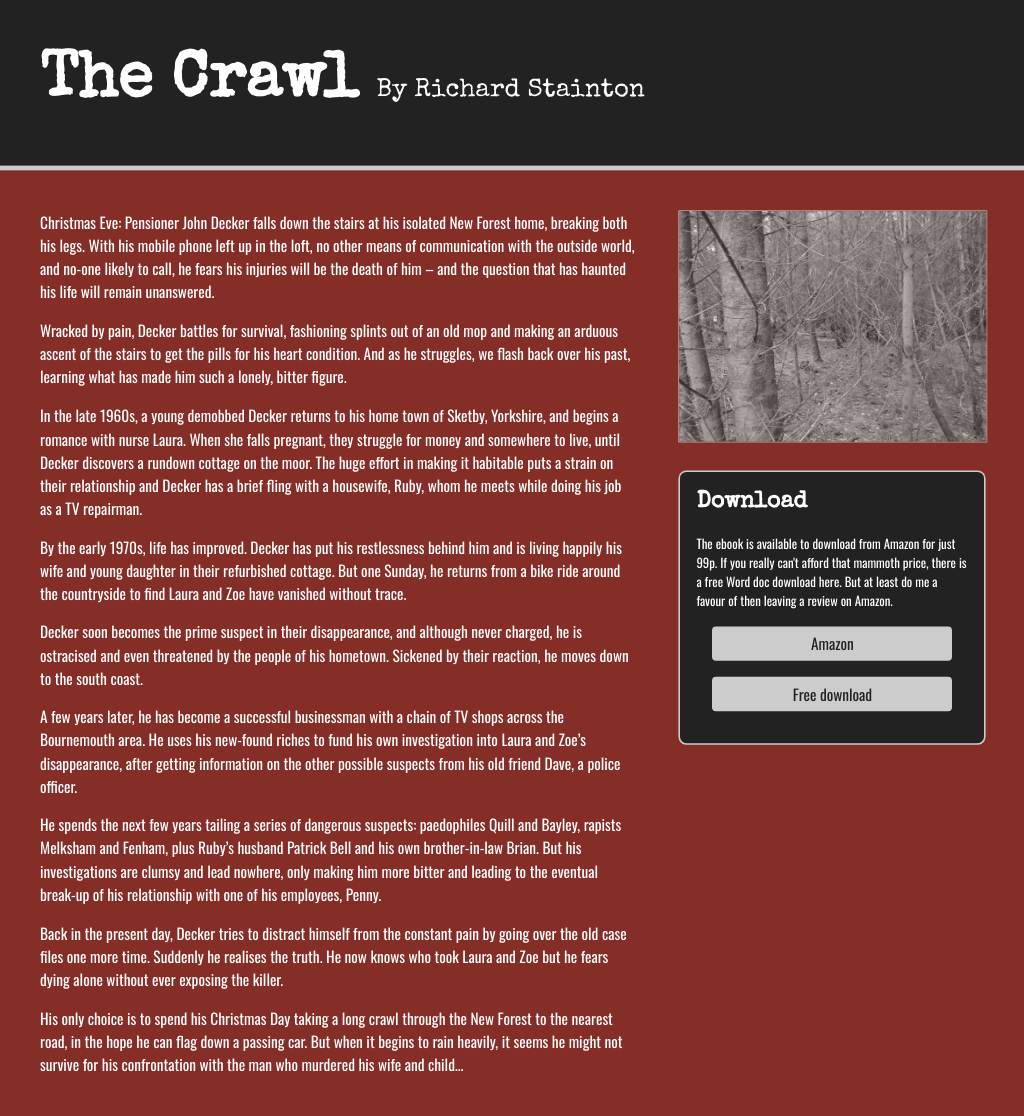
Repository: Domehead123/crawl
Page: index.html
The author's editor kept a record of every edit. The page is drawn from the files as they stood at one moment, then again after the next edit.
The browser window is 1280 px wide. The pictures show the whole page, at 80% of full size.

Above is the page before.

### index.html
<!DOCTYPE html>
<html lang="en">
<head>
    <meta charset="UTF-8">
    <meta name="viewport" content="width=device-width, initial-scale=1.0">
    <meta http-equiv="X-UA-Compatible" content="ie=edge">
    <link href="https://fonts.googleapis.com/css?family=Oswald|Special+Elite&display=swap" rel="stylesheet">
    <link rel="stylesheet" href="assets/css/style.css" type="text/css" />
    <title>The Crawl</title>
</head>
<body>
    <header>
        <div class="title"><h1>The Crawl</h1></div>
        <div class="author">By Richard Stainton</div>
    </header>
    <main>
        <p>Christmas Eve: Pensioner John Decker falls down the stairs at his isolated New Forest home, breaking both his legs. With his mobile phone left up in the loft, no other means of communication with the outside world, and no-one likely to call, he fears his injuries will be the death of him – and the question that has haunted his life will remain unanswered.</p>
<p>Wracked by pain, Decker battles for survival, fashioning splints out of an old mop and making an arduous ascent of the stairs to get the pills for his heart condition. And as he struggles, we flash back over his past, learning what has made him such a lonely, bitter figure.</p>
<p>In the late 1960s, a young demobbed Decker returns to his home town of Sketby, Yorkshire, and begins a romance with nurse Laura. When she falls pregnant, they struggle for money and somewhere to live, until Decker discovers a rundown cottage on the moor. The huge effort in making it habitable puts a strain on their relationship and Decker has a brief fling with a housewife, Ruby, whom he meets while doing his job as a TV repairman.</p>
<p>By the early 1970s, life has improved. Decker has put his restlessness behind him and is living happily his wife and young daughter in their refurbished cottage. But one Sunday, he returns from a bike ride around the countryside to find Laura and Zoe have vanished without trace.</p>
<p>Decker soon becomes the prime suspect in their disappearance, and although never charged, he is ostracised and even threatened by the people of his hometown. Sickened by their reaction, he moves down to the south coast.</p>
<p>A few years later, he has become a successful businessman with a chain of TV shops across the Bournemouth area. He uses his new-found riches to fund his own investigation into Laura and Zoe’s disappearance, after getting information on the other possible suspects from his old friend Dave, a police officer.</p>
<p>He spends the next few years tailing a series of dangerous suspects: paedophiles Quill and Bayley, rapists Melksham and Fenham, plus Ruby’s husband Patrick Bell and his own brother-in-law Brian. But his investigations are clumsy and lead nowhere, only making him more bitter and leading to the eventual break-up of his relationship with one of his employees, Penny.</p>
<p>Back in the present day, Decker tries to distract himself from the constant pain by going over the old case files one more time. Suddenly he realises the truth. He now knows who took Laura and Zoe but he fears dying alone without ever exposing the killer.</p>
<p>His only choice is to spend his Christmas Day taking a long crawl through the New Forest to the nearest road, in the hope he can flag down a passing car. But when it begins to rain heavily, it seems he might not survive for his confrontation with the man who murdered his wife and child…</p>
    </main>
    <side>
        <img src="assets/images/trees-mono.jpg">
        <div class="downloads">
            <h2>Download</h2>
        <p>The ebook is available to download from Amazon for just 99p. If you really can't afford that mammoth price, there is a free Word doc download here. But at least do me a favour of then leaving a review on Amazon.</p>

        <div class="button"><a href="https://www.amazon.co.uk/Crawl-Richard-Stainton-ebook/dp/B0841PFPQ1/ref=sr_1_1?keywords=the+crawl+richard+stainton&qid=1584789270&sr=8-1" target="_blank">Amazon</a></div>
        <div class="button"><a href="assets/files/the-crawl.docx">Free download</a></div>
        </div>

    </side>
</body>
</html>

### assets/css/style.css
body {
 background: #852e28;
  font-family: 'Oswald', sans-serif;
  color: #fff;
  margin: 0;
}

header {
    background: #222;
    border-bottom: 6px solid #ccc;
    box-sizing: border-box;
    padding: 10px 0 10px 50px;
}

h1 {
    font-family: 'Special Elite', cursive;
    font-size: 5em;
}

h2 {
    font-family: 'Special Elite', cursive;
    font-size: 1.8em;
}

.title {
  color: #fff;
  display: inline-block;
  width: auto;
  margin: 0 20px 0 0;
}

.author {
    color: #fff;
  font-family: 'Special Elite', cursive;
  font-size: 2em;
  display: inline-block;
  width: 40%;
}

main {
    font-size: 1.2em;
    padding: 50px;
    width: 66%;
    display: inline-block;
    vertical-align: top;
    box-sizing: border-box;
}

main p:first-of-type {
    margin-top: 0;
}

main p:last-of-type {
    margin-bottom: 0;
}

side {
    width: 30%;
    display: inline-block;
    vertical-align: top;
    padding: 50px 0 0 0;
    box-sizing: border-box;
}

side img {
    width: 100%;
    border: 1px solid #ccc;
    opacity: 0.9;
}

.downloads {
    background: #222;
    border: 2px solid #ccc;
    border-radius: 10px;
    padding: 0 20px 20px 20px;
    margin-top: 30px;
    box-sizing: border-box;
}

.button {
    background: #ccc;
    color: #222;
    border-radius: 5px;
    width: 300px;
    padding: 7px;
    font-size: 1.2em;
    box-sizing: border-box;
    text-align: center;
    margin: 20px auto;
    transition: 0.4s all;
    max-width: 100%;
    cursor: pointer;
}

.button:hover {
    background: #eee;
}

.button a {
    display: inline-block;
    width: 100%;
    height: 100%;
    text-decoration: none;
    transition: 0.4s all;
    color: #222;
}

.button:hover a {
     text-decoration: underline;
}

footer {
    text-align: center;
    padding: 10px;
}

@media only screen and (max-width: 768px) {

  h1 {
      margin-bottom: 20px;
      }


 .title {
      width: 100%;
      margin: 0;
      }

  .author {
      width: 100%;
      margin: 0 0 30px 0;
  }

  main {
    width: 100%;
    margin: 0;
  }

   side {
    width: 100%;
    padding: 0;
    margin: 0;
  }

  side img {
      display: none;
  }

  .downloads {
      margin: 0 50px 50px 50px;
  }

}

After the next edit:
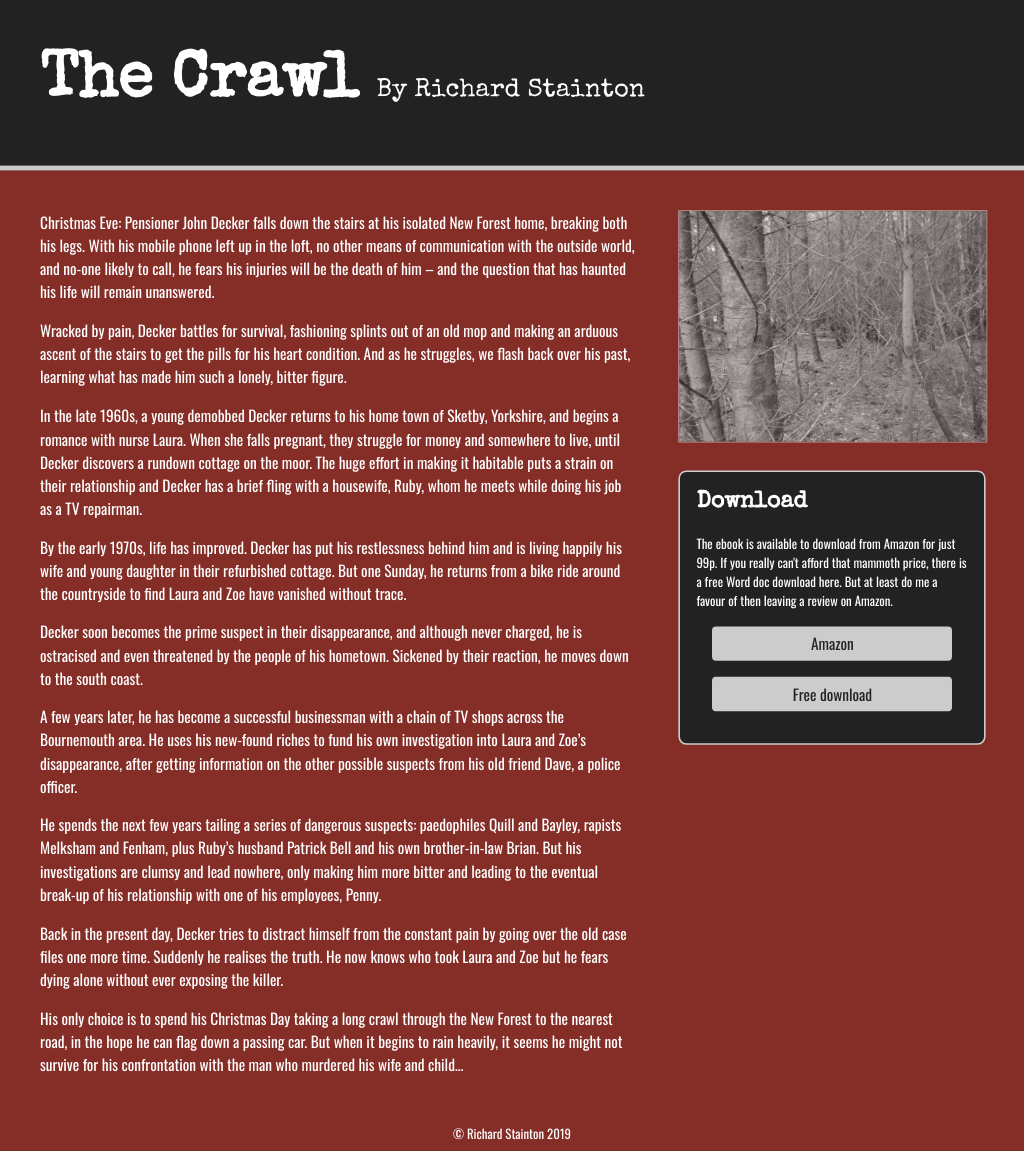
The edit:
--- a/index.html
+++ b/index.html
@@ -35,5 +35,6 @@
         </div>
 
     </side>
+    <footer>© Richard Stainton 2019</footer>
 </body>
 </html>
